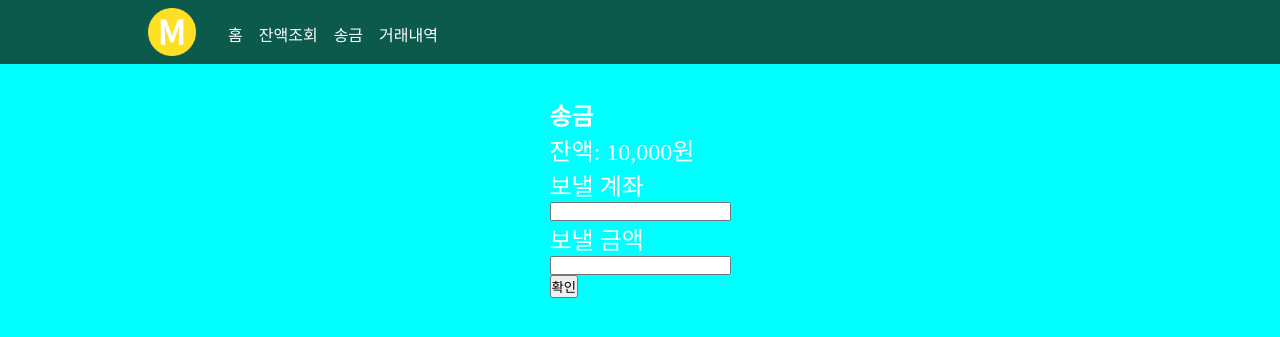
Repository: JiNookk/makaobank
Page: week06/makaoBank/transfer.html
These files come from the project's save history. The page is drawn as it stood at one moment and after the next save; the edit follows.
The browser window is 1280 px wide. The pictures show the whole page.

Above is the page before, as saved 2022-09-13 17:31:26.

After the next save:
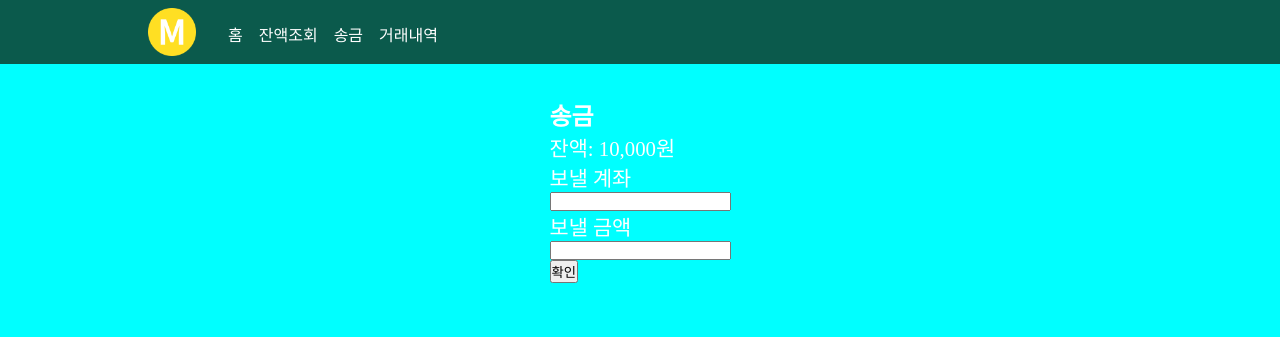
Saved 4 s later.
--- a/week06/makaoBank/css/elements.css
+++ b/week06/makaoBank/css/elements.css
@@ -10,7 +10,7 @@ a{
 }
 
 p{
-    font-size: 1.5rem;
+    font-size: 1.3rem;
 }
 
 #nav-item-container{
